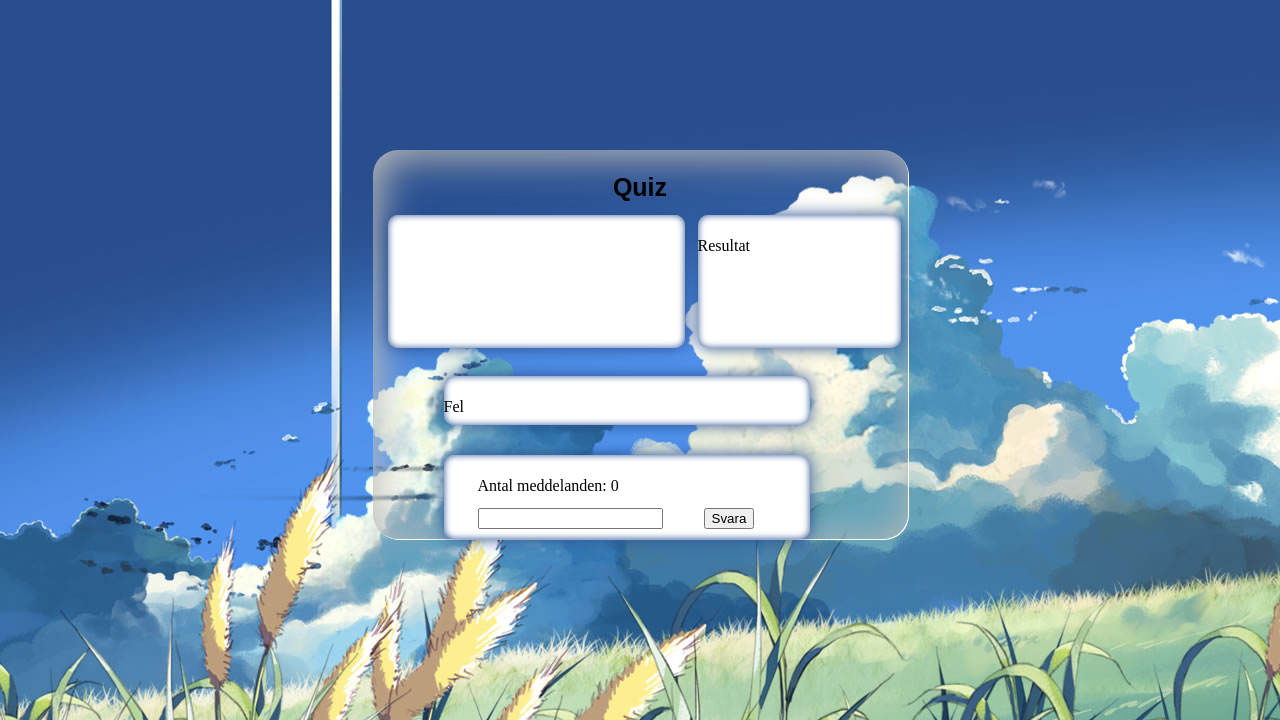
Repository: Marco30/1dv403-laborationer
Page: 4-thequiz/index.html
The author's editor kept a record of every edit. The page is drawn from the files as they stood at one moment, then again after the next edit.
The browser window is 1280 px wide. The pictures show the whole page.
The page's requests for data from a server got no answer.

Above is the page before.

### 4-thequiz/index.html
<!DOCTYPE html>

<html lang="sv">

<head>

	<meta charset="UTF-8" />

 	<title>Quiz</title>

 	<link href="css/style.css" rel="stylesheet" type="text/css">

    <script src="script/quiz.js"></script>


</head>

    <body>

        <div id="inramning"><!--*CSS läger text rutan i mitten-->

             <header><!--titel texten -->
                    <h1>Quiz</h1>
             </header>

           <main> <!--Alla meddelanden ska samlas här   -->

                <div id="textonpage"><!-- Här kommer jag lad in texten  -->

                </div>

                <div id="textram">

                    <p>
                        <div id="result"> Resultat </div>
                   </p>

                    <p>
                        <div id="fel"> Fel </div>
                   </p>

                    <div id="textruta">

                    <p>
                        <label id="antal">Antal meddelanden: 0</label><!--Visar antal meddelanden som finns på sidan -->
                    </p>

                    <p>

                    <input type="text" id="svar"/>

                    <input id="button" type="submit" value="Svara"/><!--Skicka Knapp, Man trycker på för att få upp meddelanden i sidan  -->

                    </p>



                </div>

           </main>

        </div>

    </body>
</html>

### 4-thequiz/css/style.css
 /* http://meyerweb.com/eric/tools/css/reset/
v2.0 | 20110126
License: none (public domain)
*/
html, body, div, span, applet, object, iframe,
h1, h2, h3, h4, h5, h6, p, blockquote, pre,
a, abbr, acronym, address, big, cite, code,
del, dfn, em, img, ins, kbd, q, s, samp,
small, strike, strong, sub, sup, tt, var,
b, u, i, center,
dl, dt, dd, ol, ul, li,
fieldset, form, label, legend,
table, caption, tbody, tfoot, thead, tr, th, td,
article, aside, canvas, details, embed,
figure, figcaption, footer, header, hgroup,
menu, nav, output, ruby, section, summary,
time, mark, audio, video {
margin: 0;
padding: 0;
border: 0;
font-size: 100%;
font: inherit;
vertical-align: baseline;
}
/* HTML5 display-role reset for older browsers */
article, aside, details, figcaption, figure,
footer, header, hgroup, menu, nav, section {
display: block;
}

ol, ul {
list-style: none;
}
blockquote, q {
quotes: none;
}
blockquote:before, blockquote:after,
q:before, q:after {
content: '';
content: none;
}
table {
border-collapse: collapse;
border-spacing: 0;
}

/*Här börjar min CSS */

#inramning
{
width: 535px;
margin: 150px auto;
/*background-color: #41566E;*/
/*border: 2px solid;*/
border-radius: 25px;
box-shadow: 1px 1px 0px 0px #FFF, 5px 5px 40px 2px #BBB inset;
}

header /* skappar rammen längs upp, den som har sidans namn */
{
height: 65px;
}

header H1 /* ger H1 följande egenskaper som alltid är bundna till header div */
{
font-weight: bold;
line-height: 74px;
text-align:center;
 font-family: ‘Lucida Sans Unicode’, ‘Lucida Grande’, sans-serif;
font-size: 25px;
color:black;
}

main
{

    height: auto;
    margin: auto;

}

body
{
line-height: 1;
/*background-color: #EDEDED;*/
background-image: url(../pics/promised.jpg);

}

.newmessage
{
background-color: #FFF;
width: 366px;
height: auto;
padding-top: 23px;
padding-bottom: 10px;
margin: 6px 649px 30px 71px;
    margin-top: 6px;
    margin-right-value: 649px;
    margin-bottom: 30px;
    margin-left-value: 71px;
    margin-left-ltr-source: physical;
    margin-left-rtl-source: physical;
    margin-right-ltr-source: physical;
    margin-right-rtl-source: physical;
word-wrap: break-word;
border-radius: 10px;
    border-top-left-radius: 10px;
    border-top-right-radius: 10px;
    border-bottom-right-radius: 10px;
    border-bottom-left-radius: 10px;
box-shadow: 0px 0px 7px 0px #2A5091 inset, 0px 0px 16px 0px #2A5091;
}

.textinput
{
       margin: 14px 3px 0px 34px;
}

.ikon
{
    margin-left: 455px;
}

.delete
{
       margin: 1px 0px 4px -132px;
width: 17px;
height: auto;
}

.tidikon
{

margin: -50px 19px 4px -155px;
width: 17px;
height: auto;
}

#antal
{
   margin: 14px 3px 0px 34px;
}

#result
{
    background-color: #FFF;
width: 203px;
padding-top: 23px;
padding-bottom: 10px;
margin: -163px 649px 28px 325px;
word-wrap: break-word;
border-radius: 10px;
box-shadow: 0px 0px 7px 0px #2A5091 inset, 0px 0px 16px 0px #2A5091;
height: 100px;
}


#fel
{
  background-color: #FFF;
width: 366px;
height: auto;
padding-top: 23px;
padding-bottom: 10px;
margin: 6px 649px 30px 71px;
    margin-top: 6px;
    margin-right-value: 649px;
    margin-bottom: 30px;
    margin-left-value: 71px;
    margin-left-ltr-source: physical;
    margin-left-rtl-source: physical;
    margin-right-ltr-source: physical;
    margin-right-rtl-source: physical;
word-wrap: break-word;
border-radius: 10px;
    border-top-left-radius: 10px;
    border-top-right-radius: 10px;
    border-bottom-right-radius: 10px;
    border-bottom-left-radius: 10px;
box-shadow: 0px 0px 7px 0px #2A5091 inset, 0px 0px 16px 0px #2A5091;
}

#svar
{

margin: 14px 3px 0px 34px;
}


#button
{
    margin: 14px 3px 0px 34px;
}

#textruta
{
  background-color: #FFF;
width: 366px;
height: auto;
padding-top: 23px;
padding-bottom: 10px;
margin: 6px 649px 30px 71px;
    margin-top: 6px;
    margin-right-value: 649px;
    margin-bottom: 30px;
    margin-left-value: 71px;
    margin-left-ltr-source: physical;
    margin-left-rtl-source: physical;
    margin-right-ltr-source: physical;
    margin-right-rtl-source: physical;
word-wrap: break-word;
border-radius: 10px;
    border-top-left-radius: 10px;
    border-top-right-radius: 10px;
    border-bottom-right-radius: 10px;
    border-bottom-left-radius: 10px;
box-shadow: 0px 0px 7px 0px #2A5091 inset, 0px 0px 16px 0px #2A5091;
}

#textonpage
{
background-color: #FFF;
width: 297px;
padding-top: 23px;
padding-bottom: 10px;
margin: 0px 649px 30px 15px;
word-wrap: break-word;
border-radius: 10px;
box-shadow: 0px 0px 7px 0px #2A5091 inset, 0px 0px 16px 0px #2A5091;
height: 100px;
}

### 4-thequiz/script/quiz.js
"use strict";

var quiz = {

    froga : null, // Variabel som kommer hålla objekten man från server

    xhr1 : new XMLHttpRequest(),// vi skppar ett XMLHttpRequest objekt som får namnet  xhr1

    xhr2 : new XMLHttpRequest(),// vi skppar ett XMLHttpRequest objekt som får namnet  xhr2

    webbfroga : "http://vhost3.lnu.se:20080/question/1",// Variabel som får start webbplatsen där informationen som vi kommer använda finns

    antal : 0,// Kommer hålla antal försök

    forsoktabel: [],// I den här arrayen kommer vi samla alla försök man gjort

    start : function()
    {

        //---------------------Event hanterare som hanterar knapp tryckning--------------------------------

    document.getElementById("button").onclick = function(e)
    {
            e.preventDefault();

            var value = document.getElementById("svar").value;

             //document.getElementById("textonpage").innerHTML = "hej på dig";

            //document.getElementById("textonpage").innerHTML = quiz.froga.nextURL +" " + value;

            quiz.laddarupp(value, quiz.froga.nextURL);

    };


    quiz.laddarner(quiz.webbfroga);

    },

        //---------------------laddar ner frågor--------------------------------

    laddarner : function(http)
    {
       quiz.xhr1.onreadystatechange = function()// Funkar som onclick, men aktiveras när servern skickar till baks information
        {

            if (quiz.xhr1.readyState === 4)// 4 betyder att att information är färdig sickat, den kan nu användas av oss, när datan finns på websidan så startar den här if satsen
            {

                if(quiz.xhr1.status === 200)// // den här if satsen är en säkerhet kontroll, 200 betyder att att överföringen från server till webbsidan gick bra
                {


                quiz.froga =  JSON.parse(quiz.xhr1.responseText);// Omvandlar objekt vi får från servern till en arraye variabel med array funktioner.

                document.getElementById("textonpage").innerHTML = quiz.froga.question; // Läger in texten/information vi fåt från server i webbsidan

                }

            }

        };

            quiz.xhr1.open("GET",http,true);// Här sätter vi inställningar, gör att laddaner eller laddaupp, GET betyder att vi lddarner, http server platsen där informationen vi behöver finns, true betyder asynkront vilket betyder att man kör den utan att störa resten av scriptet

            quiz.xhr1.send(null);//Den här används för att laddar upp information i servern
    },



    laddarupp : function(svar, http)
    {

        //---------------------laddar upp svar--------------------------------

        quiz.xhr2.onreadystatechange = function()// Funkar som onclick, men aktiveras när servern skickar till baks information
        {

            if(quiz.xhr2.readyState === 4)// 4 betyder att att information är färdig sickat, den kan nu användas av oss, när datan finns på websidan så startar den här if satsen
            {
                var frogor2 = JSON.parse(quiz.xhr2.responseText);// Omvandlar objekt vi får från servern till en arraye variabel med array funktioner.

               document.getElementById("svar").value = "";// Noll ställer text rutan där man mattar in svar


                 if(frogor2.message === "Correct answer!")// kontrollerar att man get rätt svar gänom att gemföra meddelandet från servern
                 {

                        if (frogor2.nextURL !== undefined)// om frogor2.nextURL int är undefinde så går vi in i den här if stasen
                        {
                            document.getElementById("fel").innerHTML = ""// Noll ställer fel texte rutan där texten fel visas när man gjort ett fel

                            quiz.forsoktabel.push(quiz.antal);//Sparar anfall försöka man gjort i arrayen forsoktabe

                            quiz.antal = 0;// Noll ställer antal försök innan man läser in nästa fråga

                            quiz.laddarner(frogor2.nextURL);//Läser in nästa fråga genom att ge den nya server plasten där frågan finns
                        }

                        else//Har du fåt rät svar och det var den sita frågan så startar vi den här else satsen, den startas när frogor2.nextURL är undefine, Vilket också betyder att det är slut på frågor
                        {
                            quiz.forsoktabel.push(quiz.antal);//Sparar anfall försöka man gjort i arrayen forsoktabe

                            quiz.antal = 0; // Noll ställer antal försök innan man läser in nästa fråga

                            quiz.resultat();//
                        }

                }

                else// Var det fel svar så körs den här else satsen som visar att du svarat fel
                {
                        document.getElementById("fel").innerHTML = "Fel";// lägger in Error text i webbsidan

                        quiz.antal += 1;// räknar antal fel
                }
            }
        };

    var serversvar = JSON.stringify({answer: svar});// Här läggs svaret in och omvandlas till ett objekt som kan tass i mot av servern

   quiz.xhr2.open("POST", http, true);// // Här sätter vi inställningar, gör att laddaner eller laddaupp, POST betyder att vi laddar upp, http server platsen där informationen vi ska ladda upp, true betyder asynkront vilket betyder att man kör den utan att störa resten av scriptet

    quiz.xhr2.setRequestHeader("Content-Type", "application/json");// Informerar server att vi använder jason

    quiz.xhr2.send(serversvar);// Skickar upp datan till servern


    },

    //----------------------Resultat på antal försök  -------------------------------

    resultat : function()// Här presenteras försöks tabell
    {

        document.getElementById("result").innerHTML = "Antal gissningar:";// Lägger in text i webbsidan

        var m = 1;// visar numer på frågan

        for (var i = 0; i < quiz.forsoktabel.length; i+=1) // Löper igenom arrayen som har sammalt alla försök
        {
            var p = document.createElement("p");//Variabeln p får HTML koden <p>

            p.innerHTML = "Fråga "+ m +": " + quiz.forsoktabel[i];// lägger in information som finns i arrayen i <p> tagarna så att de syns på sidan

             document.getElementById("result").appendChild(p);// Lägger in den nya HTML koden <p> i <div id = "result"> så att det syns på webbsidan

        m+=1;

        }

    }

};


window.onload = quiz.start;// startar funktionen som har label start när sidan har ladats

After the next edit:
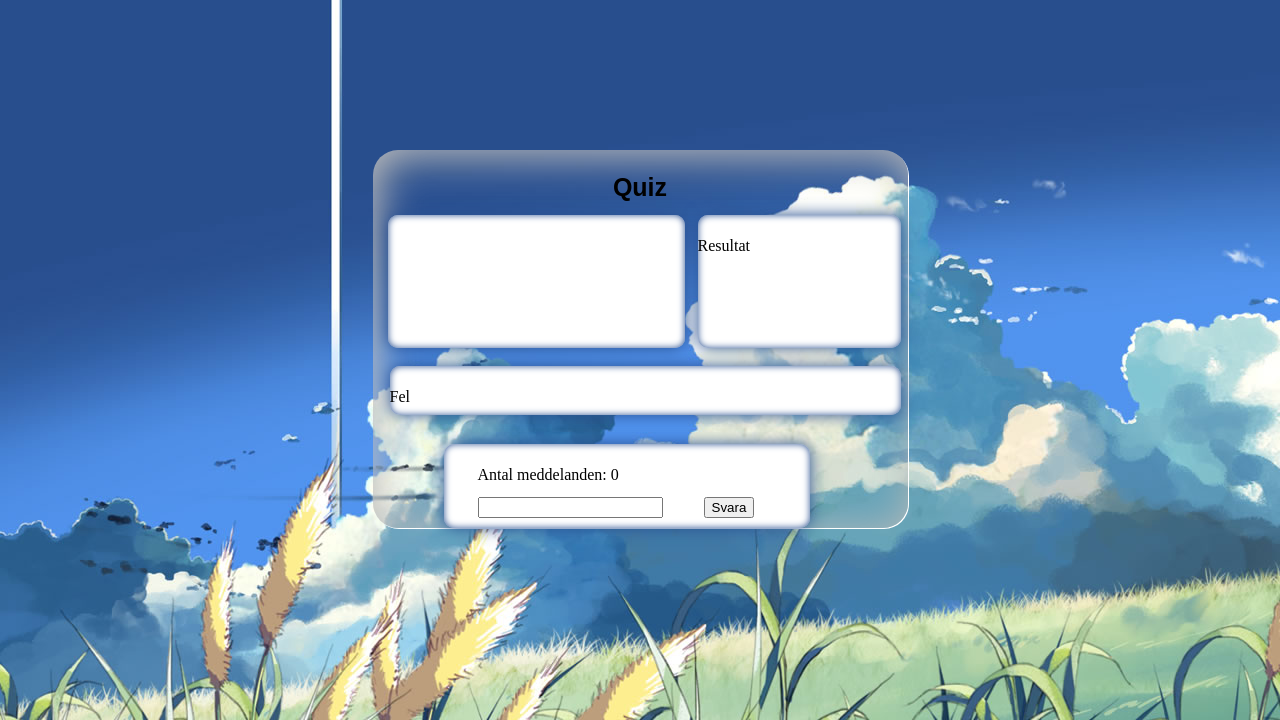
The edit:
--- a/4-thequiz/css/style.css
+++ b/4-thequiz/css/style.css
@@ -159,6 +159,31 @@
 #fel
 {
   background-color: #FFF;
+width: 511px;
+height: auto;
+padding-top: 23px;
+padding-bottom: 10px;
+margin: -10px 81px 29px 17px;
+word-wrap: break-word;
+border-radius: 10px;
+box-shadow: 0px 0px 7px 0px #2A5091 inset, 0px 0px 16px 0px #2A5091;
+}
+
+#svar
+{
+
+margin: 14px 3px 0px 34px;
+}
+
+
+#button
+{
+    margin: 14px 3px 0px 34px;
+}
+
+#textruta
+{
+  background-color: #FFF;
 width: 366px;
 height: auto;
 padding-top: 23px;
@@ -181,43 +206,6 @@
 box-shadow: 0px 0px 7px 0px #2A5091 inset, 0px 0px 16px 0px #2A5091;
 }
 
-#svar
-{
-
-margin: 14px 3px 0px 34px;
-}
-
-
-#button
-{
-    margin: 14px 3px 0px 34px;
-}
-
-#textruta
-{
-  background-color: #FFF;
-width: 366px;
-height: auto;
-padding-top: 23px;
-padding-bottom: 10px;
-margin: 6px 649px 30px 71px;
-    margin-top: 6px;
-    margin-right-value: 649px;
-    margin-bottom: 30px;
-    margin-left-value: 71px;
-    margin-left-ltr-source: physical;
-    margin-left-rtl-source: physical;
-    margin-right-ltr-source: physical;
-    margin-right-rtl-source: physical;
-word-wrap: break-word;
-border-radius: 10px;
-    border-top-left-radius: 10px;
-    border-top-right-radius: 10px;
-    border-bottom-right-radius: 10px;
-    border-bottom-left-radius: 10px;
-box-shadow: 0px 0px 7px 0px #2A5091 inset, 0px 0px 16px 0px #2A5091;
-}
-
 #textonpage
 {
 background-color: #FFF;
